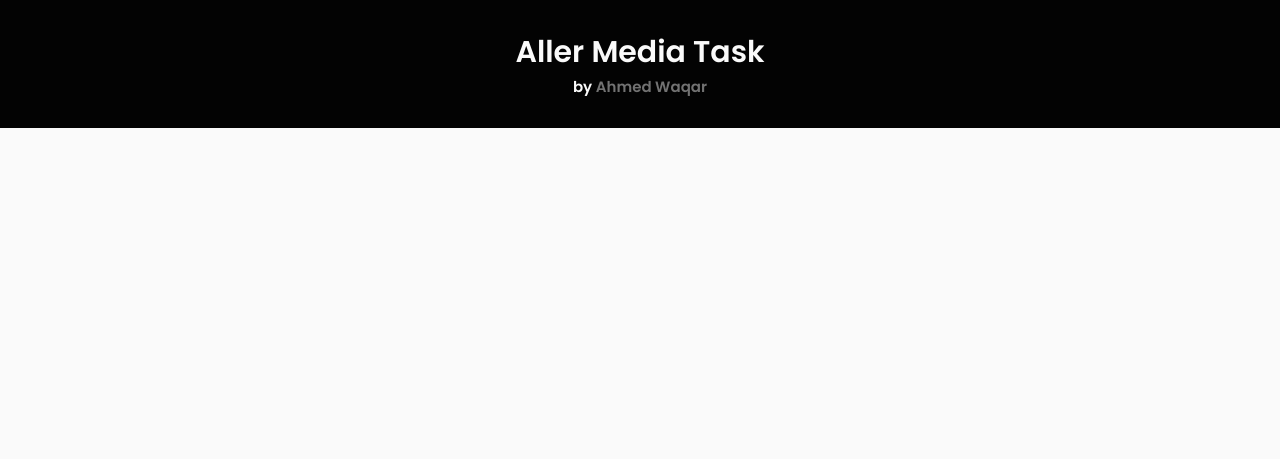
Repository: waqarmalyk/Back-to-front
Page: /
An editor plug-in stored every save of this project. The page is shown before and after the next save, followed by the edit.
The browser window is 1280 px wide. The pictures show the whole page.
The page's requests for data from a server got no answer. The project was rebuilt for these pictures with package versions that can differ from the ones it lists, and the page was loaded fresh each time. No one was signed in, and anything a server would have sent is missing.

Above is the page before, as saved 2022-02-06 16:01:02.

After the next save:
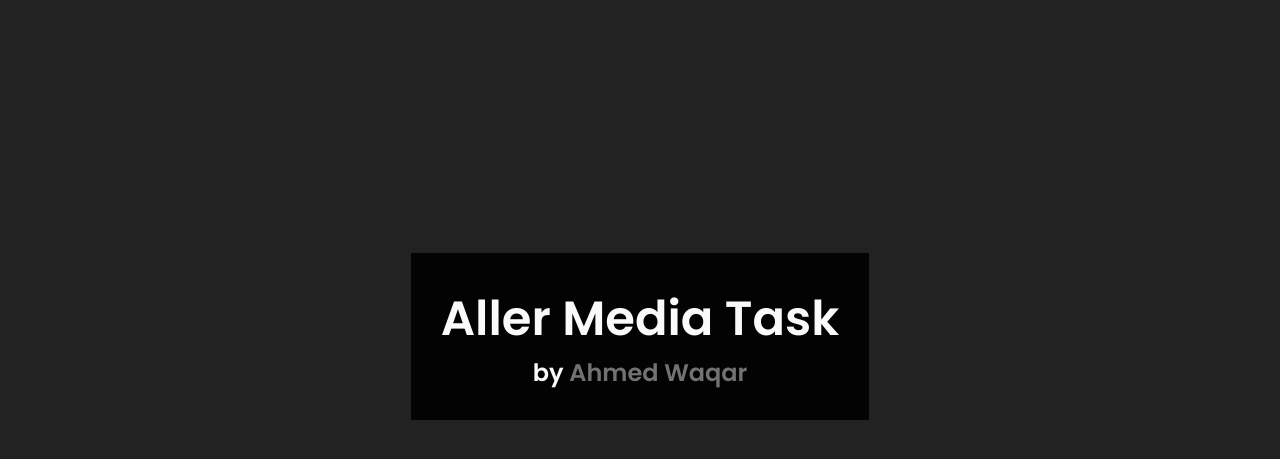
Saved 51 s later.
--- a/src/App.css
+++ b/src/App.css
@@ -117,3 +117,79 @@
 .col-12 {
   width: 100%;
 }
+
+
+.form__group {
+  position: relative;
+  padding: 15px 0 0;
+  margin-top: 10px;
+  width: 50%;
+}
+
+.form__field {
+  font-family: inherit;
+  width: 100%;
+  border: 0;
+  border-bottom: 2px solid #9b9b9b;
+  outline: 0;
+  font-size: 1.3rem;
+  color: #fff;
+  padding: 7px 0;
+  background: transparent;
+  transition: border-color 0.2s;
+}
+
+.form__field::placeholder {
+  color: transparent;
+}
+
+.form__field:placeholder-shown~.form__label {
+  font-size: 1.3rem;
+  cursor: text;
+  top: 20px;
+}
+
+.form__label {
+  position: absolute;
+  top: 0;
+  display: block;
+  transition: 0.2s;
+  font-size: 1rem;
+  color: #9b9b9b;
+}
+
+.form__field:focus {
+  padding-bottom: 6px;
+  font-weight: 700;
+  border-width: 3px;
+  border-image: linear-gradient(to right, #11998e, #38ef7d);
+  border-image-slice: 1;
+}
+
+.form__field:focus~.form__label {
+  position: absolute;
+  top: 0;
+  display: block;
+  transition: 0.2s;
+  font-size: 1rem;
+  color: #11998e;
+  font-weight: 700;
+}
+
+/* reset input */
+.form__field:required,
+.form__field:invalid {
+  box-shadow: none;
+}
+
+/* demo */
+body {
+  font-family: 'Poppins', sans-serif;
+  display: flex;
+  flex-direction: column;
+  justify-content: center;
+  align-items: center;
+  min-height: 100vh;
+  font-size: 1.5rem;
+  background-color: #222;
+}
